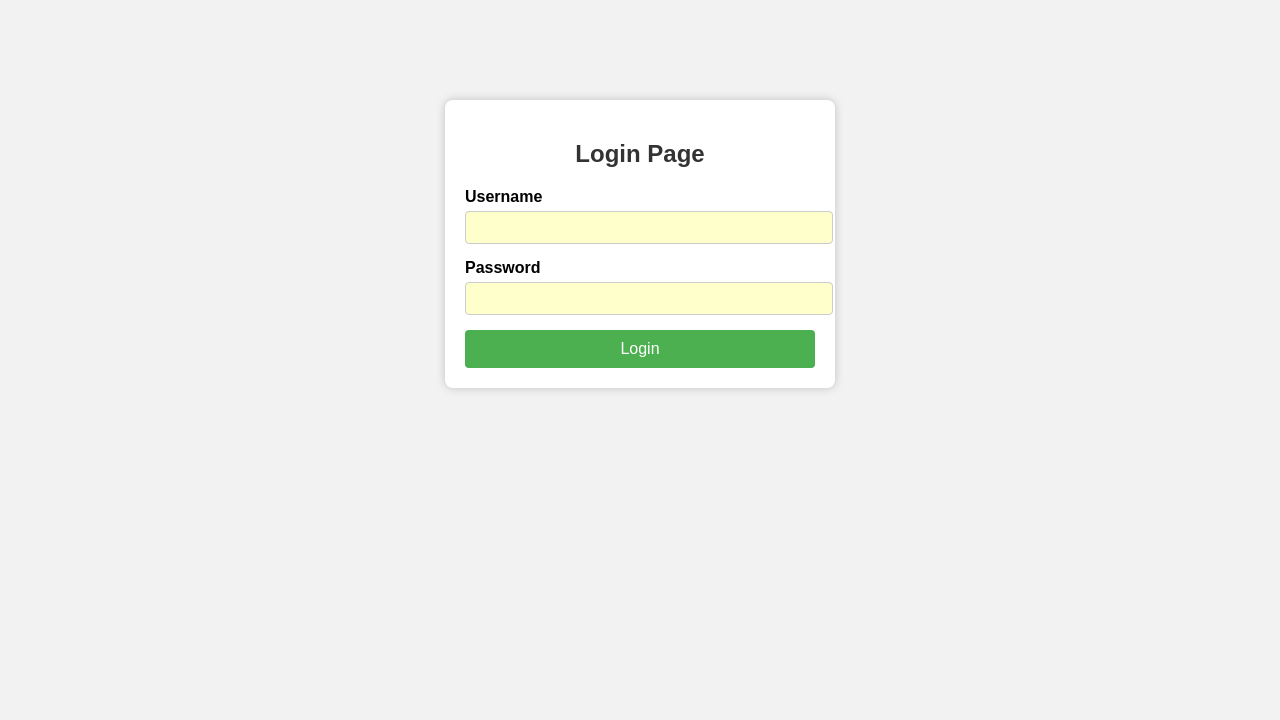
Repository: Imnarendra18/adv_java_tutorial
Page: http://localhost/CookieDemo/
An editor plug-in stored every save of this project. The page is shown before and after the next save, followed by the edit.
The browser window is 1280 px wide. The pictures show the whole page.
The page is served by Tomcat 10.

Above is the page before, as saved 2025-12-26 06:01:59.

After the next save:
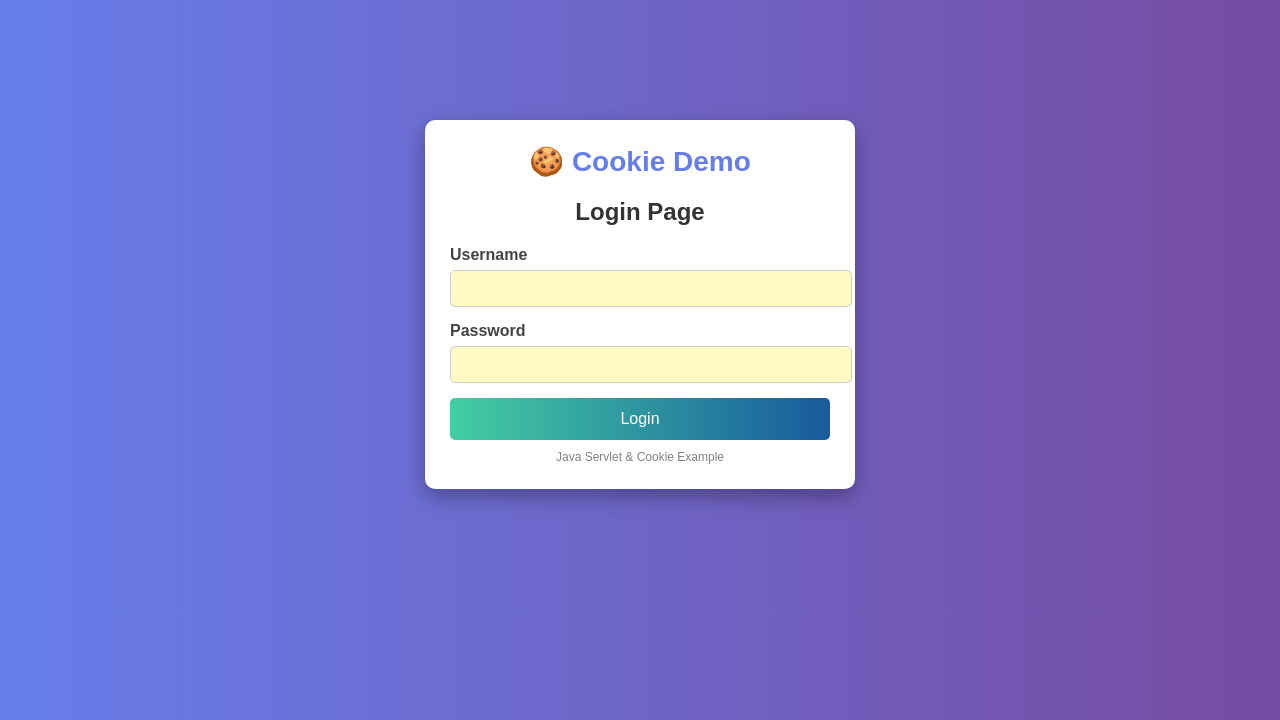
Saved 93 s later.
--- a/CookieDemo/src/main/webapp/login.jsp
+++ b/CookieDemo/src/main/webapp/login.jsp
@@ -8,17 +8,27 @@
 
 <style>
     body {
+        margin: 0;
+        padding: 0;
         font-family: Arial, sans-serif;
-        background-color: #f2f2f2;
+        background: linear-gradient(to right, #667eea, #764ba2);
     }
 
-    .login-box {
-        width: 350px;
-        margin: 100px auto;
-        padding: 20px;
-        background: white;
-        border-radius: 8px;
-        box-shadow: 0 0 10px rgba(0,0,0,0.2);
+    .container {
+        width: 380px;
+        margin: 120px auto;
+        background: #ffffff;
+        padding: 25px;
+        border-radius: 10px;
+        box-shadow: 0px 8px 20px rgba(0,0,0,0.3);
+    }
+
+    .logo {
+        text-align: center;
+        font-size: 28px;
+        font-weight: bold;
+        color: #667eea;
+        margin-bottom: 10px;
     }
 
     h2 {
@@ -28,39 +38,51 @@
 
     label {
         font-weight: bold;
+        color: #444;
     }
 
     input[type="text"],
     input[type="password"] {
         width: 100%;
-        padding: 8px;
-        margin-top: 5px;
+        padding: 10px;
+        margin-top: 6px;
         margin-bottom: 15px;
+        border-radius: 5px;
         border: 1px solid #ccc;
-        border-radius: 4px;
-        background-color: #ffffcc;
+        background-color: #fff9c4;
     }
 
     input[type="submit"] {
         width: 100%;
-        padding: 10px;
-        background-color: #4CAF50;
+        padding: 12px;
+        background: linear-gradient(to right, #43cea2, #185a9d);
         color: white;
         border: none;
-        border-radius: 4px;
+        border-radius: 5px;
         font-size: 16px;
         cursor: pointer;
     }
 
     input[type="submit"]:hover {
-        background-color: #45a049;
+        opacity: 0.9;
+    }
+
+    .footer {
+        text-align: center;
+        margin-top: 10px;
+        font-size: 12px;
+        color: gray;
     }
 </style>
 
 </head>
 <body>
 
-<div class="login-box">
+<div class="container">
+
+    <!-- LOGO -->
+    <div class="logo">🍪 Cookie Demo</div>
+
     <h2>Login Page</h2>
 
     <form action="LoginCookie" method="post">
@@ -73,6 +95,11 @@
 
         <input type="submit" value="Login">
     </form>
+
+    <div class="footer">
+        Java Servlet & Cookie Example
+    </div>
+
 </div>
 
 </body>
